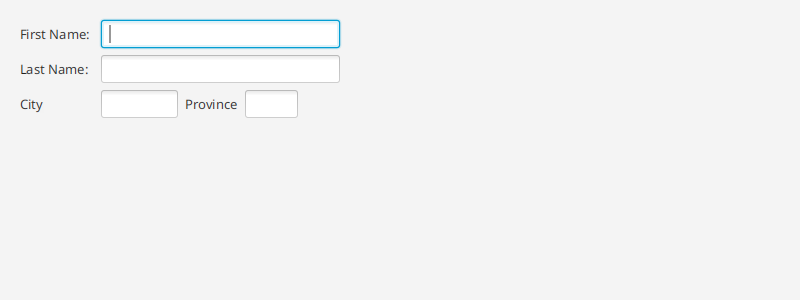
Repository: Mselenko/Java
Program's window: java w_5/JavaFx/src/garbage/CssExample.java
The author's editor kept a copy of each file at every save. The program's window is drawn from the files as they stood at one save, then again after the next save.
It runs on Java 21 on a 1366 x 768 screen with JavaFX 11; the title bar is not drawn.

Above is the program's window before, as saved 2019-06-22 00:20:00.

### w_5/JavaFx/src/garbage/CssExample.java
package garbage;

import javafx.application.Application;
import javafx.geometry.HPos;
import javafx.geometry.Insets;
import javafx.scene.Scene;
import javafx.scene.control.ComboBox;
import javafx.scene.control.Label;
import javafx.scene.control.TextArea;
import javafx.scene.control.TextField;
import javafx.scene.image.Image;
import javafx.scene.image.ImageView;
import javafx.scene.layout.GridPane;
import javafx.scene.paint.Color;
import javafx.scene.paint.Paint;
import javafx.scene.paint.RadialGradientBuilder;
import javafx.scene.paint.Stop;
import javafx.stage.Stage;

/**
 * Created on: 23.06.2012
 * @author Sebastian Damm
 */
public class CssExample extends Application{
//{
//    private final Paint background = RadialGradientBuilder.create()
//            .stops(new Stop(0d, Color.TURQUOISE), new Stop(1, Color.web('3A5998')))
//            .centerX(0.5d).centerY(0.5d).build();
    private final String LABEL_STYLE = "-fx-text-fill: white; -fx-font-size: 14;"
            + "-fx-effect: dropshadow(one-pass-box, black, 5, 0, 1, 1);";

    @Override
    public void start(Stage primaryStage) throws Exception
    {
        Scene scene = new Scene(createGridPane(), 800, 300);
        primaryStage.setTitle("GridPaneExample 2 - User form");
        primaryStage.setScene(scene);
        primaryStage.show();
    }

    private GridPane createGridPane()
    {
        GridPane gridPane = new GridPane();
        gridPane.setPadding(new Insets(20, 20, 20, 20));
        gridPane.setHgap(7); gridPane.setVgap(7);

        Label lbFirstName = new Label("First Name: ");
        //lbFirstName.setStyle(LABEL_STYLE);
        GridPane.setHalignment(lbFirstName, HPos.LEFT);
        TextField tfFirstName = new TextField();
        //tfFirstName.setPrefColumnCount(40);
        GridPane.setColumnSpan(tfFirstName, 10);

        Label lbLastName = new Label("Last Name:");
        //lbLastName.setStyle(LABEL_STYLE);
        GridPane.setHalignment(lbLastName, HPos.LEFT);
        TextField tfLastName = new TextField();
       // tfLastName.setPrefColumnCount(40);
        GridPane.setColumnSpan(tfLastName, 10);

//        Label lbCity = new Label("City:");
//        //lbCity.setStyle(LABEL_STYLE);
//        GridPane.setHalignment(lbCity, HPos.LEFT);
//        TextField tfCity = new TextField();
//        GridPane.setHalignment(tfCity, HPos.LEFT);
//        GridPane.setColumnSpan(tfCity, 5);
//
//        Label lbProvince = new Label("Province: ");
//
//        //lbStreetNr.setStyle(LABEL_STYLE);
//        GridPane.setHalignment(lbProvince, HPos.LEFT);
//        ComboBox<String>  tfProvince = new ComboBox();
//        GridPane.setHalignment(tfProvince, HPos.LEFT);
//
//        Label lbpCode = new Label("Postal Code:");
//        //lbCity.setStyle(LABEL_STYLE);
//        GridPane.setHalignment(lbpCode, HPos.LEFT);
//        TextField tfpCode = new TextField();
//
//

        Label lbCity = new Label("City");

        GridPane.setHalignment(lbCity, HPos.LEFT);
        TextField tfCity = new TextField();
        tfCity.setPrefColumnCount(5);
        GridPane.setColumnSpan(tfCity, 2);

Label lbProvince = new Label("Province");

        GridPane.setHalignment(lbProvince, HPos.LEFT);
        TextField tfProvince = new TextField();
        tfProvince.setPrefColumnCount(3);

//        tfStreet.setPrefColumnCount(5);
//        GridPane.setColumnSpan(tfStreet, 2);
//        TextField tfNumber = new TextField();
//        tfNumber.setPrefColumnCount(3);

//        Label lbNotes = new Label("Notes:");
//        lbNotes.setStyle(LABEL_STYLE);
//        GridPane.setHalignment(lbNotes, HPos.RIGHT);
//        TextArea taNotes = new TextArea();
//        taNotes.setPrefColumnCount(5);
//        taNotes.setPrefRowCount(5);
//        GridPane.setColumnSpan(taNotes, 3);
//        GridPane.setRowSpan(taNotes, 2);



//        gridPane.setGridLinesVisible(true);

        gridPane.add(lbFirstName, 0, 0); gridPane.add(tfFirstName, 1, 0);
        gridPane.add(lbLastName, 0, 1); gridPane.add(tfLastName, 1, 1);

        //gridPane.add(imageView, 2, 0); gridPane.add(lbLastName, 0, 1);
       // gridPane.add(tfLastName, 1, 1); gridPane.add(lbCity, 0, 2);
        gridPane.add(lbCity, 0, 2); gridPane.add(tfCity, 1, 2);
        gridPane.add(lbProvince, 3, 2); gridPane.add(tfProvince, 4, 2);
        //gridPane.add(lbpCode, 5, 2); gridPane.add(tfpCode, 6, 2);
       // gridPane.add(lbNotes, 0, 4); gridPane.add(taNotes, 1, 4);

        return gridPane;
    }

    public static void main(String[] args)
    {   Application.launch(args);   }
}

After the next save:
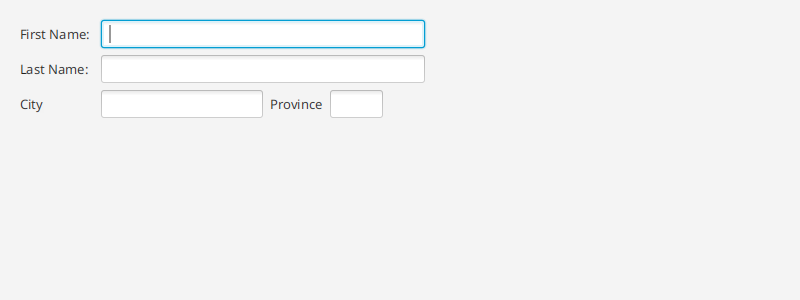
Saved 20 s later.
--- a/w_5/JavaFx/src/garbage/CssExample.java
+++ b/w_5/JavaFx/src/garbage/CssExample.java
@@ -83,7 +83,7 @@
 
         GridPane.setHalignment(lbCity, HPos.LEFT);
         TextField tfCity = new TextField();
-        tfCity.setPrefColumnCount(5);
+       // tfCity.setPrefColumnCount(5);
         GridPane.setColumnSpan(tfCity, 2);
 
 Label lbProvince = new Label("Province");
